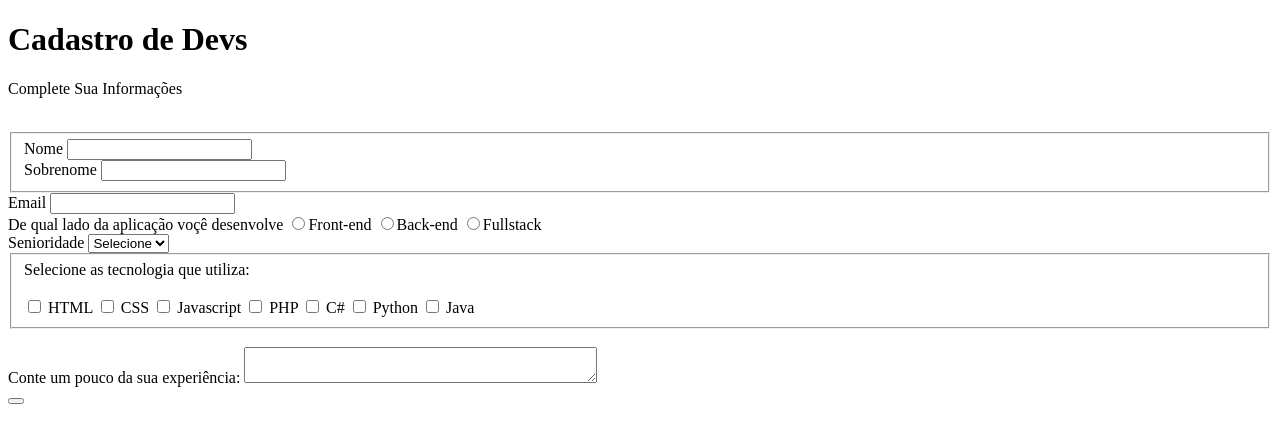
Repository: 2020francesco/formulario
Page: formulario.html
The author's editor kept a copy of each file at every save. The page is drawn from the files as they stood at one save, then again after a run of saves.
The browser window is 1280 px wide. The pictures show the whole page.

Above is the page before, as saved 2021-04-20 12:06:22.

### formulario.html
<!DOCTYPE html>
<html lang="en">
  <head>
    <meta charset="utf-8">
    <meta name="viewport" content="width=device-width, initial-scale=1.0">

    <title>Cadastro</title>
  </head>
  <body>

    <div>
      <h1>Cadastro de Devs</h1>
      <p>Complete Sua Informações</p>
      <br>
    </div>

    <form>
      <fieldset>
        <div>
          <label>Nome</label>
          <input type="text" name="nome" id="nome">
        </div>

        <div>
          <label>Sobrenome</label>
          <input type="text" name="sobrenome" id="sobrenome">
        </div>
      </fieldset>

      <div>
        <label>Email</label>
        <input type="email" name="email" id="email">
      </div>

      <div>
        <label>De qual lado da aplicação voçê desenvolve</label>
        <label>
          <input type="radio" name="devweb" value="frontend">Front-end
        </label>

        <label>
          <input type="radio" name="devweb" value="backend">Back-end
        </label>

        <label>
          <input type="radio" name="devweb" value="fullstack">Fullstack
        </label>
      </div>

      <div>
        <label>Senioridade</label>
        <select id="senioridade">
          <option selected disabled value="">Selecione</option>
          <option>Júnior</option>
          <option>Pleno</option>
          <option>Senior</option>
        </select>
      </div>

      <fieldset>
        <div>
          <label>Selecione as tecnologia que utiliza: </label><br><br>
          <input type="checkbox" name="tecnologia1" value="HTML">
          <label for="tecnologia1">HTML</label>
          <input type="checkbox" name="tecnologia2" value="CSS">
          <label for="tecnologia2">CSS</label>
          <input type="checkbox" name="tecnologia3" value="Javascript">
          <label for="tecnologia3">Javascript</label>
          <input type="checkbox" name="tecnologia4" value="PHP">
          <label for="tecnologia4">PHP</label>
          <input type="checkbox" name="tecnologia5" value="C#">
          <label for="tecnologia5">C#</label>
          <input type="checkbox" name="tecnologia6" value="Python">
          <label for="tecnologia6">Python</label>
          <input type="checkbox" name="tecnologia7" value="Java">
          <label for="tecnologia7">Java</label>
        </div>
      </fieldset>

      <div>
        <br>
        <label>Conte um pouco da sua experiência: </label>
        <textarea row="6" style="width: 26em" id="experiencia" name="experiencia"></textarea>
      </div>

      <button type="submit"></button>
    </form>

  </body>
</html>

After the next 2 saves:
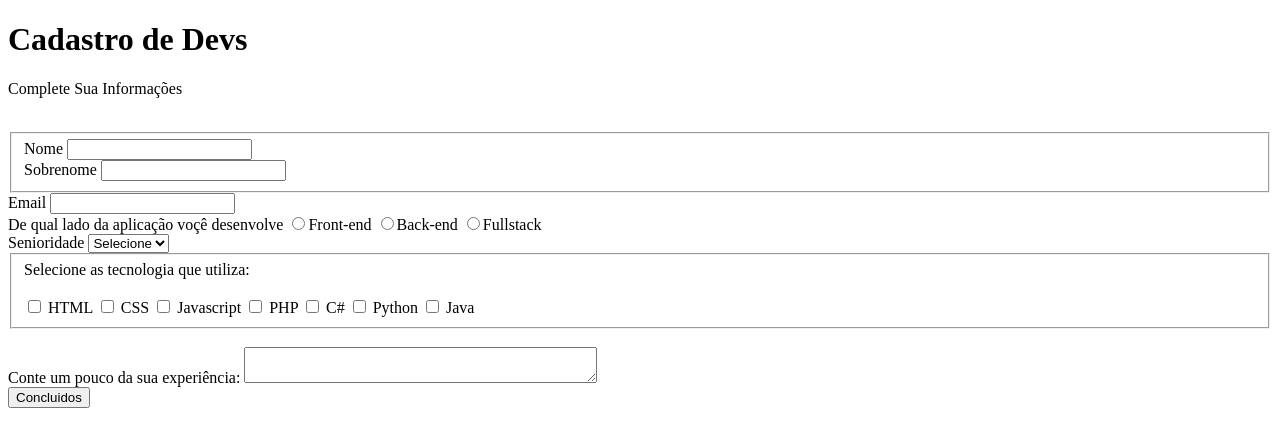
The 2 saves are shown as one change because they came seconds apart.
The last was saved 7 s later.
--- a/formulario.html
+++ b/formulario.html
@@ -83,7 +83,7 @@
         <textarea row="6" style="width: 26em" id="experiencia" name="experiencia"></textarea>
       </div>
 
-      <button type="submit"></button>
+      <button type="submit">Concluidos</button>
     </form>
 
   </body>
